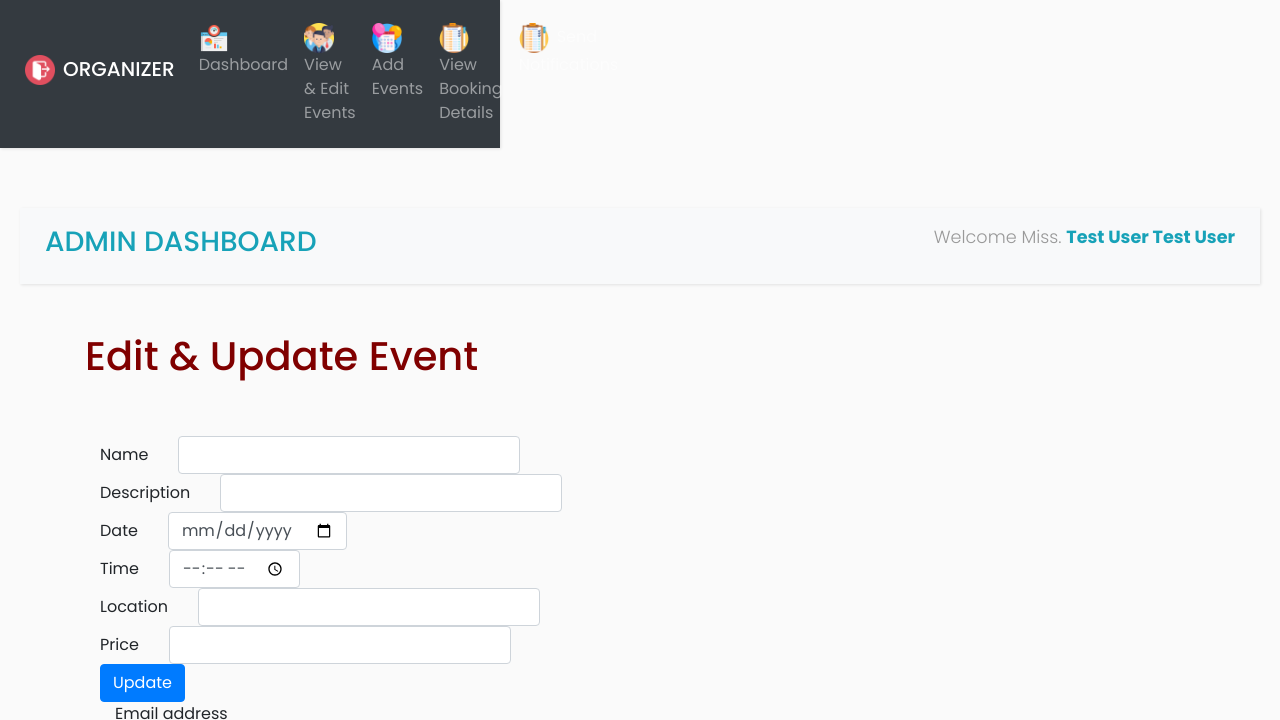
Repository: kalaprabhakar/Event_Management
Page: http://localhost/Event_Management_System/WEB-INF/pages/update_event.jsp
These files come from the project's save history. The page is drawn as it stood at one moment and after the next save; the edit follows.
The browser window is 1280 px wide. The pictures show the whole page.
An inner scrolling area shows only its first screen. Some web libraries are served in a nearby version. The page is served by Tomcat 10. The session is filled in as if someone had signed in: {"Admin_firstname": "Test User", "Admin_lastname": "Test User", "Admin_email": "test@example.com", "Admin_phone": 1, "Admin_address": 1, "Admin_gender": 1, "Admin_id": 1, "Admin_role": "admin", "User_firstname": "Test User", "User_lastname": "Test User", "User_email": "test@example.com", "User_phone": 1, "User_address": 1, "User_gender": 1, "User_id": 1, "User_role": "admin"}. Other server files are loaded and not shown. The template is opened directly, without the code that normally fills it, so the values that code supplies are empty.

Above is the page before, as saved 2024-05-10 12:38:25.

### Hyscaler/Event_Management_System/src/main/webapp/WEB-INF/pages/update_event.jsp
<%@ taglib uri="http://java.sun.com/jsp/jstl/core" prefix="c"%>
<%@ taglib uri="http://www.springframework.org/tags/form" prefix="form" %>
<%
if (session.getAttribute("Admin_email") == null) {
	response.sendRedirect("/login");
} else {
%>
<jsp:include page="includes/header.jsp" />

<jsp:include page="includes/organizerNav.jsp" />

<style>
.card:hover {
	transform: scale(1.05);
	box-shadow: 0 10px 20px rgba(0, 0, 0, .12), 0 4px 8px rgba(0, 0, 0, .06);
	transition: 0.3s ease-in-out;
	cursor: pointer;
}
</style>



<!-- Page Content  -->
<div id="content">

	<nav class="navbar navbar-expand-lg navbar-light bg-light">
		<div class="container-fluid">

			<div>
				<h3 class="text-info">ADMIN DASHBOARD</h3>
			</div>
			<div>
				<p>
					Welcome
					<%
				if (session.getAttribute("Admin_gender").equals("male")) {
				%>
					Mr.
					<%
				} else {
				%>
					Miss.
					<%
				}
				%>
					<span class="font-weight-bold text-info">${Admin_firstname}
						${Admin_lastname}</span>
				</p>
			</div>
		</div>
	</nav>

	<section class="container ">
		<div class="container">
			<div class="row align-items-center my-5">
				<h1 style="text-align: center; color: maroon;">Edit & Update Event</h1>
			</div>
			<!-- For Demo Purpose -->
			<div class="col-md-12 col-lg-6 col-sm-12 mb-5">
				<!-- <img src="assets/picture/icons/thumbs-up.png" alt="" class="img-fluid mb-3 d-none d-md-block"> -->

			</div>


			<!-- update Event -->

			<form:form modelAttribute="event">
			<input type="hidden" name="id" value="${event1.id }"/>
				<div class="row g-3 align-items-center">
					<div class="col-auto">
						<label for="inputPassword6" class="col-form-label">Name</label>
					</div>
					<div class="col-auto">
						<input  type="text" name="eventName" id="inputPassword6" class="form-control"
							aria-describedby="passwordHelpInline" value="${event1.eventName }"/>
					</div>

				</div>
				<div class="row g-3 align-items-center">
					<div class="col-auto">
						<label for="inputPassword6" class="col-form-label">Description</label>
					</div>
					<div class="col-auto">
						<input type="text" name="eventDesc" id="inputPassword6" class="form-control"
							aria-describedby="passwordHelpInline" value="${event1.eventDesc }"/>
					</div>

				</div>
				<div class="row g-3 align-items-center">
					<div class="col-auto">
						<label for="inputPassword6" class="col-form-label">Date</label>
					</div>
					<div class="col-auto">
						<input type="date" name="eventDate" id="inputPassword6" class="form-control"
							aria-describedby="passwordHelpInline" value="${event1.eventDate }">
					</div>

				</div>
				<div class="row g-3 align-items-center">
					<div class="col-auto">
						<label for="inputPassword6" class="col-form-label">Time</label>
					</div>
					<div class="col-auto">
						<input type="time" id="inputPassword6" class="form-control"
							aria-describedby="passwordHelpInline" value="${event1.eventTime }">
					</div>

				</div>
				<div class="row g-3 align-items-center">
					<div class="col-auto">
						<label for="inputPassword6" class="col-form-label">Location</label>
					</div>
					<div class="col-auto">
						<input type="text" name="eventVenue" id="inputPassword6" class="form-control"
							aria-describedby="passwordHelpInline" value="${event1.eventVenue }"/>
					</div>

				</div>
				<div class="row g-3 align-items-center">
					<div class="col-auto">
						<label for="inputPassword6" class="col-form-label">Price</label>
					</div>
					<div class="col-auto">
						<input type="ticketPrice" id="inputPassword6" class="form-control"
							aria-describedby="passwordHelpInline " value="${event1.ticketPrice } ">
					</div>

				</div>

				<button type="submit" class="btn btn-primary">Update</button>
			</form:form>

              <div class="col-md-6">
                    <form>
  <div class="mb-3">
    <label for="exampleInputEmail1" class="form-label">Email address</label>
    <input type="email" class="form-control" id="exampleInputEmail1" aria-describedby="emailHelp">
    <div id="emailHelp" class="form-text">We'll never share your email with anyone else.</div>
  </div>
  <div class="mb-3">
    <label for="exampleInputPassword1" class="form-label">Password</label>
    <input type="password" class="form-control" id="exampleInputPassword1">
  </div>
  <div class="mb-3 form-check">
    <input type="checkbox" class="form-check-input" id="exampleCheck1">
    <label class="form-check-label" for="exampleCheck1">Check me out</label>
  </div>
  <button type="submit" class="btn btn-primary">Submit</button>
</form>

</div>


		</div>
</div>



</section>





<%
}
%>

### Hyscaler/Event_Management_System/src/main/webapp/WEB-INF/pages/includes/header.jsp

<%@ page language="java" contentType="text/html; charset=ISO-8859-1"
	pageEncoding="ISO-8859-1"%>
<%@ taglib prefix="c" uri="http://java.sun.com/jsp/jstl/core"%>
<!DOCTYPE html>
<html>
<head>
<meta charset="ISO-8859-1">
<title>Event Management System</title>
<!--  Bootstrap CSS -->
<link rel="stylesheet"
	href="https://cdn.jsdelivr.net/npm/bootstrap@4.6.1/dist/css/bootstrap.min.css"
	integrity="sha384-zCbKRCUGaJDkqS1kPbPd7TveP5iyJE0EjAuZQTgFLD2ylzuqKfdKlfG/eSrtxUkn"
	crossorigin="anonymous">

<!-- FontAwesome -->
<link rel="stylesheet"
	href="https://pro.fontawesome.com/releases/v5.10.0/css/all.css" />
<link rel="stylesheet"
	href="https://cdnjs.cloudflare.com/ajax/libs/font-awesome/6.5.2/css/all.min.css"
	integrity="sha512-SnH5WK+bZxgPHs44uWIX+LLJAJ9/2PkPKZ5QiAj6Ta86w+fsb2TkcmfRyVX3pBnMFcV7oQPJkl9QevSCWr3W6A=="
	crossorigin="anonymous" referrerpolicy="no-referrer" />

<!-- Google Fonts -->
<link rel="preconnect" href="https://fonts.googleapis.com">
<link rel="preconnect" href="https://fonts.gstatic.com" crossorigin>
<link
	href="https://fonts.googleapis.com/css2?family=Poppins&display=swap"
	rel="stylesheet">

<!-- stylesheet -->




<script
	src="https://cdn.jsdelivr.net/npm/jquery@3.5.1/dist/jquery.slim.min.js"
	integrity="sha384-DfXdz2htPH0lsSSs5nCTpuj/zy4C+OGpamoFVy38MVBnE+IbbVYUew+OrCXaRkfj"
	crossorigin="anonymous"></script>
<script
	src="https://cdn.jsdelivr.net/npm/bootstrap@4.6.1/dist/js/bootstrap.bundle.min.js"
	integrity="sha384-fQybjgWLrvvRgtW6bFlB7jaZrFsaBXjsOMm/tB9LTS58ONXgqbR9W8oWht/amnpF"
	crossorigin="anonymous"></script>

<link rel="stylesheet" href="../../assets/css/home.css" />
<link rel="stylesheet" href="../../assets/css/admin.css" />
<link rel="stylesheet" href="../../assets/css/card.css" />

</head>
<body>

### Hyscaler/Event_Management_System/src/main/webapp/WEB-INF/pages/includes/organizerNav.jsp
        <nav id="sidebar" class="navbar navbar-expand-lg navbar-dark bg-dark">
  <div  class="container-fluid">
   <h3><a class="navbar-brand" href="#"><img src="images/logout.png" class="mr-2" width="30" height="30">ORGANIZER</a></h3>
    <button class="navbar-toggler" type="button" data-bs-toggle="collapse" data-bs-target="#navbarNavAltMarkup" aria-controls="navbarNavAltMarkup" aria-expanded="false" aria-label="Toggle navigation">
      <span class="navbar-toggler-icon"></span>
    </button>
    <div class="collapse navbar-collapse" id="navbarTogglerDemo02">
      <div class="navbar-nav">
        <a class="nav-link " aria-current="page" href="organizer_home"><img src="images/dashboard.png" class="mr-2" width="30" height="30" >Dashboard</a>
        <a class="nav-link" href="editevent"><img src="images/userlist.png" class="mr-2" width="30" height="30">View & Edit Events</a>
        <a class="nav-link" href="addevent"><img src="images/event.png" class="mr-2" width="30" height="30" >Add Events</a>
        <a class="nav-link" href="#"><img src="images/bookingdetails.png" class="mr-2" width="30" height="30" >View Booking Details</a>
        <a class="nav-link" href="#"><img src="images/bookingdetails.png" class="mr-2" width="30" height="30" >Send Notifications</a>


      </div>
    </div>
  </div>
</nav>

### Hyscaler/Event_Management_System/src/main/webapp/all_css/home.css
html,body{
    width:100%;
    height:100%;
    padding:0%;
    margin:0%;
    scroll-behavior: smooth;
    font-family: 'Poppins', sans-serif;
    overflow-x:hidden;
}



/* ===== FOOTER =====*/
.footer{
background-color: #0E2431;
color: #fff;
text-align: center;
font-weight: 600;
padding: 2rem 0;
margin-right:-25px;
}
.footer_title{
font-size: 2rem;
margin-bottom: 2rem;
}
.footer_social{
margin-bottom: 2rem;
}
.footer_icon{
font-size: 1.5rem;
color: #fff;
margin: 0 1rem;
}
.footer_icon:hover{
  color:#048dfe;
}

### Hyscaler/Event_Management_System/src/main/webapp/all_css/admin.css
/*
    DEMO STYLE
*/

@import "https://fonts.googleapis.com/css?family=Poppins:300,400,500,600,700";
body {
    font-family: 'Poppins', sans-serif;
    background: #fafafa;
}

p {
    font-family: 'Poppins', sans-serif;
    font-size: 1.1em;
    font-weight: 300;
    line-height: 1.7em;
    color: #999;
}

a,
a:hover,
a:focus {
    color: inherit;
    text-decoration: none;
    transition: all 0.3s;
}

.navbar {
    padding: 15px 10px;
    background: #fff;
    border: none;
    border-radius: 0;
    margin-bottom: 40px;
    box-shadow: 1px 1px 3px rgba(0, 0, 0, 0.1);
}

.navbar-btn {
    box-shadow: none;
    outline: none !important;
    border: none;
}

.line {
    width: 100%;
    height: 1px;
    border-bottom: 1px dashed #ddd;
    margin: 40px 0;
}

/* ---------------------------------------------------
    SIDEBAR STYLE
----------------------------------------------------- */

.wrapper {
    display: flex;
    width: 100%;
    align-items: stretch;
}

#sidebar {
    min-width: 500px;
    max-width: 500px;
    /*background: #7386D5;*/
    color: #fff;
    transition: all 0.3s;
}

#sidebar.active {
    margin-left: -250px;
}

#sidebar .sidebar-header {
    padding: 20px;
    background: #5bc0de;
}

#sidebar ul.components {
    padding: 20px 0;
    border-bottom: 1px solid #5bc0de;
}

#sidebar ul p {
    color: #fff;
    padding: 10px;
}

#sidebar ul li a {
    padding: 10px;
    font-size: 1.1em;
    display: block;
}

#sidebar ul li a:hover {
    color: #5bc0de;
    background: #fff;
}

#sidebar ul li.active>a,
a[aria-expanded="true"] {
    color: #fff;
    background: #5bc0de;
}

a[data-toggle="collapse"] {
    position: relative;
}

.dropdown-toggle::after {
    display: block;
    position: absolute;
    top: 50%;
    right: 20px;
    transform: translateY(-50%);
}

ul ul a {
    font-size: 0.9em !important;
    padding-left: 30px !important;
    background: #5bc0de;
}

ul.CTAs {
    padding: 20px;
}

ul.CTAs a {
    text-align: center;
    font-size: 0.9em !important;
    display: block;
    border-radius: 5px;
    margin-bottom: 5px;
}

a.download {
    background: #fff;
    color: #5bc0de;
}

a.article,
a.article:hover {
    background: #5bc0de !important;
    color: #fff !important;
}

/* ---------------------------------------------------
    CONTENT STYLE
----------------------------------------------------- */

#content {
    width: 100%;
    padding: 20px;
    min-height: 100vh;
    transition: all 0.3s;
}

/* ---------------------------------------------------
    MEDIAQUERIES
----------------------------------------------------- */

@media (max-width: 768px) {
    #sidebar {
        margin-left: -250px;
    }
    #sidebar.active {
        margin-left: 0;
    }
    #sidebarCollapse span {
        display: none;
    }
}

### Hyscaler/Event_Management_System/src/main/webapp/all_css/card.css

.card-margin {
    margin-bottom: 1.875rem;
}

.card {
    border: 0;
    box-shadow: 0px 0px 10px 0px rgba(82, 63, 105, 0.1);
    -webkit-box-shadow: 0px 0px 10px 0px rgba(82, 63, 105, 0.1);
    -moz-box-shadow: 0px 0px 10px 0px rgba(82, 63, 105, 0.1);
    -ms-box-shadow: 0px 0px 10px 0px rgba(82, 63, 105, 0.1);
}
.card {
    position: relative;
    display: flex;
    flex-direction: column;
    min-width: 0;
    word-wrap: break-word;
    background-color: #ffffff;
    background-clip: border-box;
    border: 1px solid #e6e4e9;
    border-radius: 1rem;
}


.card .card-header.no-border {
    border: 0;
}
.card .card-header {
    background: none;
    padding: 0 0.9375rem;
    font-weight: 500;
    display: flex;
    align-items: center;
    min-height: 50px;
}
.card-header:first-child {
    border-radius: calc(8px - 1px) calc(8px - 1px) 0 0;
}

.widget-49 .widget-49-title-wrapper {
  display: flex;
  align-items: center;
}

.widget-49 .widget-49-title-wrapper .widget-49-date-primary {
  display: flex;
  align-items: center;
  justify-content: center;
  flex-direction: column;
  background-color: #edf1fc;
  width: 4rem;
  height: 4rem;
  border-radius: 50%;
}

.widget-49 .widget-49-title-wrapper .widget-49-date-primary .widget-49-date-day {
  color: #4e73e5;
  font-weight: 500;
  font-size: 1.5rem;
  line-height: 1;
}

.widget-49 .widget-49-title-wrapper .widget-49-date-primary .widget-49-date-month {
  color: #4e73e5;
  line-height: 1;
  font-size: 1rem;
  text-transform: uppercase;
}

.widget-49 .widget-49-title-wrapper .widget-49-date-secondary {
  display: flex;
  align-items: center;
  justify-content: center;
  flex-direction: column;
  background-color: #fcfcfd;
  width: 4rem;
  height: 4rem;
  border-radius: 50%;
}

.widget-49 .widget-49-title-wrapper .widget-49-date-secondary .widget-49-date-day {
  color: #dde1e9;
  font-weight: 500;
  font-size: 1.5rem;
  line-height: 1;
}

.widget-49 .widget-49-title-wrapper .widget-49-date-secondary .widget-49-date-month {
  color: #dde1e9;
  line-height: 1;
  font-size: 1rem;
  text-transform: uppercase;
}

.widget-49 .widget-49-title-wrapper .widget-49-date-success {
  display: flex;
  align-items: center;
  justify-content: center;
  flex-direction: column;
  background-color: #e8faf8;
  width: 4rem;
  height: 4rem;
  border-radius: 50%;
}

.widget-49 .widget-49-title-wrapper .widget-49-date-success .widget-49-date-day {
  color: #17d1bd;
  font-weight: 500;
  font-size: 1.5rem;
  line-height: 1;
}

.widget-49 .widget-49-title-wrapper .widget-49-date-success .widget-49-date-month {
  color: #17d1bd;
  line-height: 1;
  font-size: 1rem;
  text-transform: uppercase;
}

.widget-49 .widget-49-title-wrapper .widget-49-date-info {
  display: flex;
  align-items: center;
  justify-content: center;
  flex-direction: column;
  background-color: #ebf7ff;
  width: 4rem;
  height: 4rem;
  border-radius: 50%;
}

.widget-49 .widget-49-title-wrapper .widget-49-date-info .widget-49-date-day {
  color: #36afff;
  font-weight: 500;
  font-size: 1.5rem;
  line-height: 1;
}

.widget-49 .widget-49-title-wrapper .widget-49-date-info .widget-49-date-month {
  color: #36afff;
  line-height: 1;
  font-size: 1rem;
  text-transform: uppercase;
}

.widget-49 .widget-49-title-wrapper .widget-49-date-warning {
  display: flex;
  align-items: center;
  justify-content: center;
  flex-direction: column;
  background-color: floralwhite;
  width: 4rem;
  height: 4rem;
  border-radius: 50%;
}

.widget-49 .widget-49-title-wrapper .widget-49-date-warning .widget-49-date-day {
  color: #FFC868;
  font-weight: 500;
  font-size: 1.5rem;
  line-height: 1;
}

.widget-49 .widget-49-title-wrapper .widget-49-date-warning .widget-49-date-month {
  color: #FFC868;
  line-height: 1;
  font-size: 1rem;
  text-transform: uppercase;
}

.widget-49 .widget-49-title-wrapper .widget-49-date-danger {
  display: flex;
  align-items: center;
  justify-content: center;
  flex-direction: column;
  background-color: #feeeef;
  width: 4rem;
  height: 4rem;
  border-radius: 50%;
}

.widget-49 .widget-49-title-wrapper .widget-49-date-danger .widget-49-date-day {
  color: #F95062;
  font-weight: 500;
  font-size: 1.5rem;
  line-height: 1;
}

.widget-49 .widget-49-title-wrapper .widget-49-date-danger .widget-49-date-month {
  color: #F95062;
  line-height: 1;
  font-size: 1rem;
  text-transform: uppercase;
}

.widget-49 .widget-49-title-wrapper .widget-49-date-light {
  display: flex;
  align-items: center;
  justify-content: center;
  flex-direction: column;
  background-color: #fefeff;
  width: 4rem;
  height: 4rem;
  border-radius: 50%;
}

.widget-49 .widget-49-title-wrapper .widget-49-date-light .widget-49-date-day {
  color: #f7f9fa;
  font-weight: 500;
  font-size: 1.5rem;
  line-height: 1;
}

.widget-49 .widget-49-title-wrapper .widget-49-date-light .widget-49-date-month {
  color: #f7f9fa;
  line-height: 1;
  font-size: 1rem;
  text-transform: uppercase;
}

.widget-49 .widget-49-title-wrapper .widget-49-date-dark {
  display: flex;
  align-items: center;
  justify-content: center;
  flex-direction: column;
  background-color: #ebedee;
  width: 4rem;
  height: 4rem;
  border-radius: 50%;
}

.widget-49 .widget-49-title-wrapper .widget-49-date-dark .widget-49-date-day {
  color: #394856;
  font-weight: 500;
  font-size: 1.5rem;
  line-height: 1;
}

.widget-49 .widget-49-title-wrapper .widget-49-date-dark .widget-49-date-month {
  color: #394856;
  line-height: 1;
  font-size: 1rem;
  text-transform: uppercase;
}

.widget-49 .widget-49-title-wrapper .widget-49-date-base {
  display: flex;
  align-items: center;
  justify-content: center;
  flex-direction: column;
  background-color: #f0fafb;
  width: 4rem;
  height: 4rem;
  border-radius: 50%;
}

.widget-49 .widget-49-title-wrapper .widget-49-date-base .widget-49-date-day {
  color: #68CBD7;
  font-weight: 500;
  font-size: 1.5rem;
  line-height: 1;
}

.widget-49 .widget-49-title-wrapper .widget-49-date-base .widget-49-date-month {
  color: #68CBD7;
  line-height: 1;
  font-size: 1rem;
  text-transform: uppercase;
}

.widget-49 .widget-49-title-wrapper .widget-49-meeting-info {
  display: flex;
  flex-direction: column;
  margin-left: 1rem;
}

.widget-49 .widget-49-title-wrapper .widget-49-meeting-info .widget-49-pro-title {
  color: #3c4142;
  font-size: 14px;
}

.widget-49 .widget-49-title-wrapper .widget-49-meeting-info .widget-49-meeting-time {
  color: #B1BAC5;
  font-size: 13px;
}

.widget-49 .widget-49-meeting-points {
  font-weight: 400;
  font-size: 13px;
  margin-top: .5rem;
}

.widget-49 .widget-49-meeting-points .widget-49-meeting-item {
  display: list-item;
  color: #727686;
}

.widget-49 .widget-49-meeting-points .widget-49-meeting-item span {
  margin-left: .5rem;
}

.widget-49 .widget-49-meeting-action {
  text-align: right;
}

.widget-49 .widget-49-meeting-action a {
  text-transform: uppercase;
}


.time {
	position: relative;
  margin-left: 1em;
}


.time span {
	font-size: 12px;
	color: #bebebe;
	line-height: 25px;
}


 .time a span {
	padding: 5px 10px;
    border-radius: 4px;
    line-height: 10px;
    font-size: 12px;
}

After the next save:
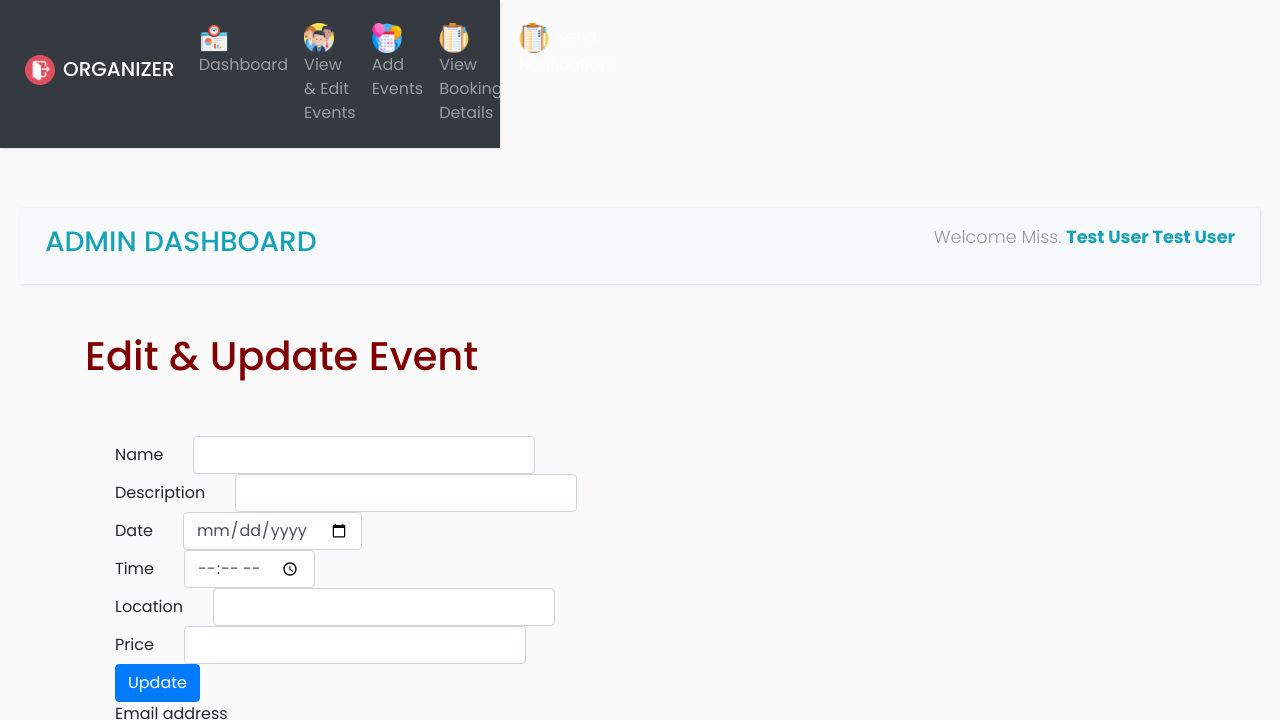
Saved 75 s later.
--- a/Hyscaler/Event_Management_System/src/main/webapp/WEB-INF/pages/update_event.jsp
+++ b/Hyscaler/Event_Management_System/src/main/webapp/WEB-INF/pages/update_event.jsp
@@ -63,6 +63,7 @@ if (session.getAttribute("Admin_email") == null) {
 
 
 			<!-- update Event -->
+			<div class="col-md-6">
 
 			<form:form modelAttribute="event">
 			<input type="hidden" name="id" value="${event1.id }"/>
@@ -129,6 +130,7 @@ if (session.getAttribute("Admin_email") == null) {
 
 				<button type="submit" class="btn btn-primary">Update</button>
 			</form:form>
+			</div>
 
               <div class="col-md-6">
                     <form>
